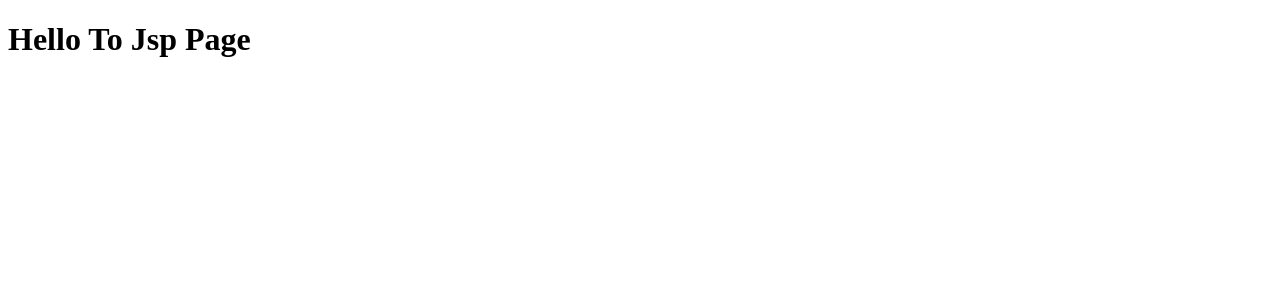
Repository: gill007/Spring-Projects-
Page: http://localhost/EventTracker1/
The author's editor kept a copy of each file at every save. The page is drawn from the files as they stood at one save, then again after the next save.
The browser window is 1280 px wide. The pictures show the whole page.
The page is served by Tomcat 9. Nobody is signed in. The application's start-up code is not run. Other server files are loaded and not shown.

Above is the page before, as saved 2019-09-02 21:07:21.

### Spring MVC/EventTracker1/src/main/webapp/index.jsp
<%@ page language="java" contentType="text/html; charset=ISO-8859-1"
    pageEncoding="ISO-8859-1"%>
<!DOCTYPE html>
<html>
<head>
<meta charset="ISO-8859-1">
<title>Welcome Page</title>
</head>
<body>
<h1> Hello To Jsp Page</h1>
</body>
</html>

After the next save:
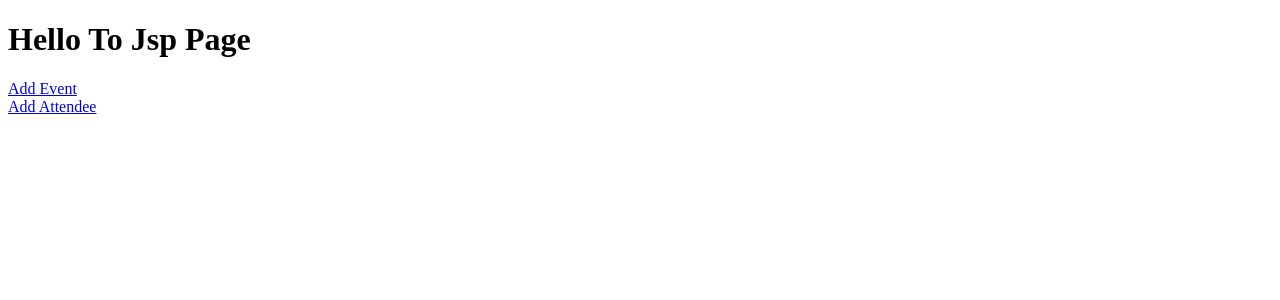
Saved 93 s later.
--- a/Spring MVC/EventTracker1/src/main/webapp/index.jsp
+++ b/Spring MVC/EventTracker1/src/main/webapp/index.jsp
@@ -8,5 +8,8 @@
 </head>
 <body>
 <h1> Hello To Jsp Page</h1>
+<a href="event.html">Add Event</a>
+<br/>
+<a href="attendee.html">Add Attendee</a>
 </body>
 </html>
